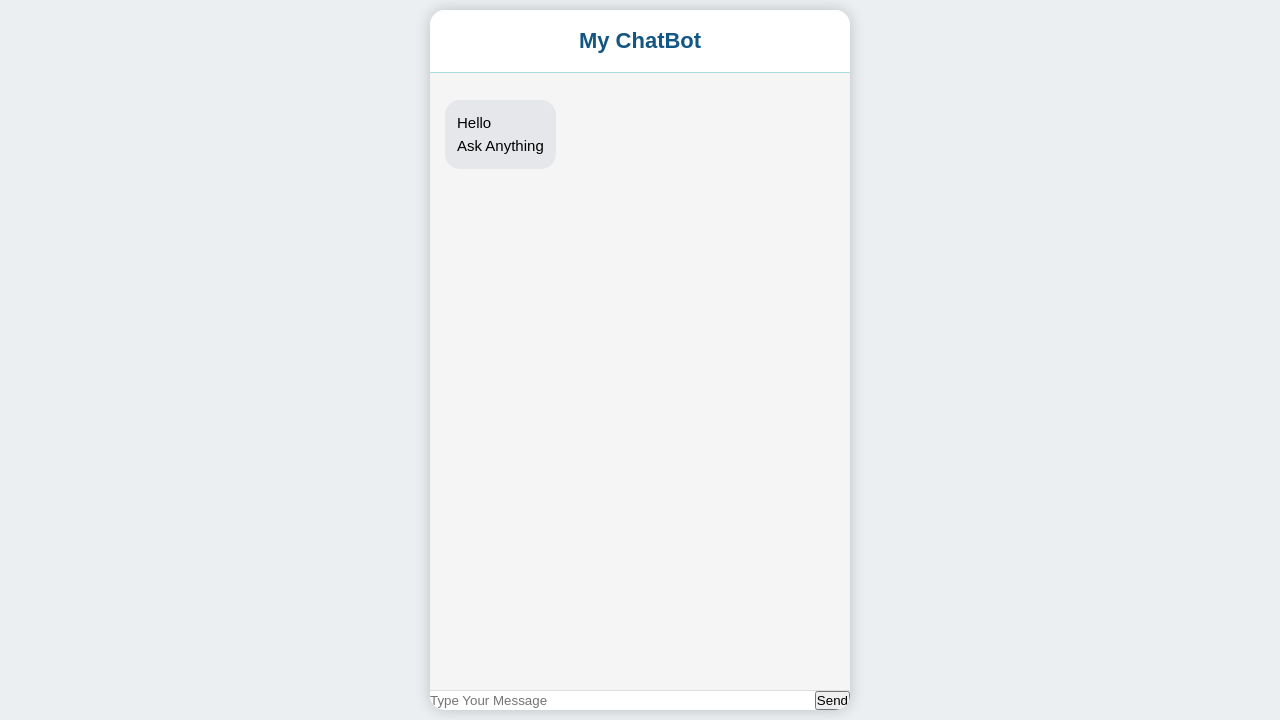
Repository: nt269782-web/Offline-ChatBot
Page: front.html
An editor plug-in stored every save of this project. The page is shown before and after a run of saves, followed by the edit.
The browser window is 1280 px wide. The pictures show the whole page.

Above is the page before, as saved 2026-07-08 12:51:33.

After the next 7 saves:
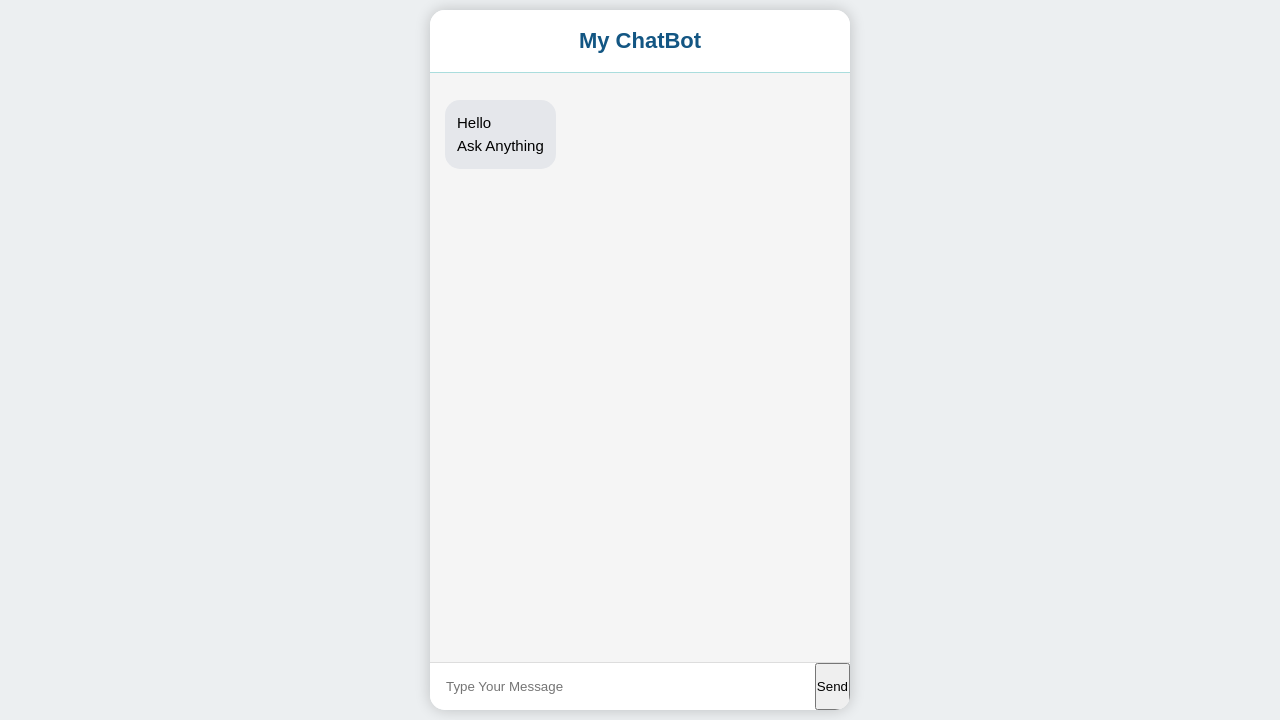
The 7 saves are shown as one change because they came seconds apart.
The last was saved 20 s later.
--- a/front.html
+++ b/front.html
@@ -91,7 +91,9 @@
         }
         input{
             flex: 1;
-            border: navajowhite;
+            border: none;
+            padding: 16px;
+            outline: ;
         }
 
     </style>
